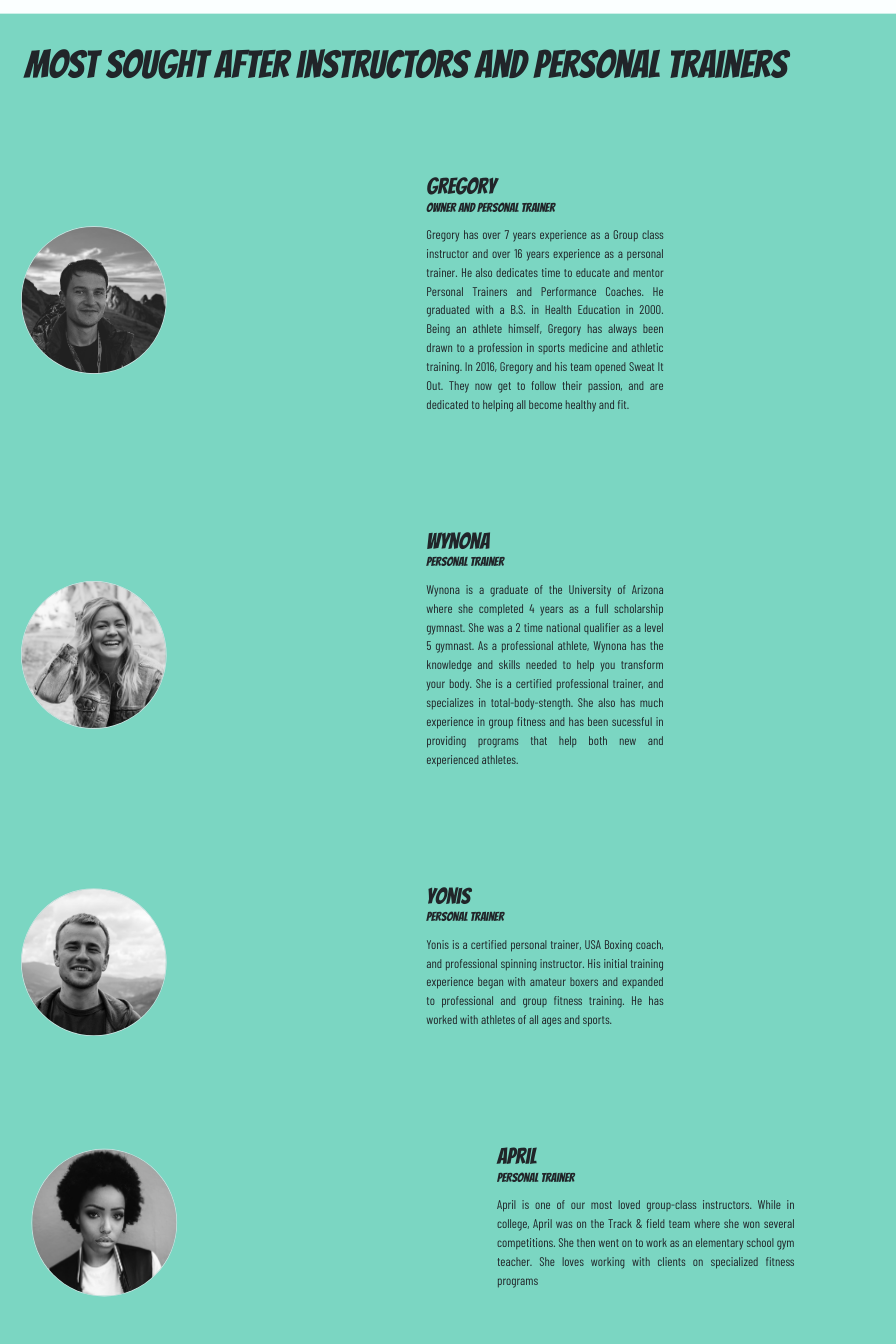
Repository: amybru/sweatitout
Page: about.html
The author's editor kept a record of every edit. The page is drawn from the files as they stood at one moment, then again after the next edit.
The browser window is 1280 px wide. The pictures show the part of the page from y = 683 to 2603 px (the page is 3484 px tall before and 3845 px after), at 70% of full size.
Some web fonts or font styles are not loaded; a fallback is used. Some web libraries are served in a nearby version.

Above is the page before.

### about.html
<!DOCTYPE html>
<html>

<head>
    <meta charset="utf-8">
    <meta name="viewport" content="width=device-width, initial-scale=1.0">
    <link rel="stylesheet" href="https://maxcdn.bootstrapcdn.com/bootstrap/4.2.1/css/bootstrap.min.css" type="text/css" />
    <link rel="stylesheet" href="https://maxcdn.bootstrapcdn.com/font-awesome/4.7.0/css/font-awesome.min.css" type="text/css" />
    <link href="https://fonts.googleapis.com/css?family=Bangers|Barlow+Condensed:200,300,400,500,700&display=swap" rel="stylesheet">
    <link rel="stylesheet" type="text/css" href="css/style.css">
    <title>Gym</title>
</head>

<body>

    <header>
        <nav class="navbar navbar-expand-lg navbar-default navbar-fixed-top">
            <a href="index.html" class="navbar-brand"><img src="./img/logo.png" width="70" height="70" class="d-inline-block align-top logo-img" alt=""></a>

            <button class="navbar-toggler ml-auto" type="button" data-toggle="collapse" data-target="#navbarNavDropdown" aria-controls="navbarNavDropdown" aria-expanded="false" aria-label="Toggle navigation">
        <span class="navbar-toggler-icon"></span></button>

            <div class="collapse navbar-collapse navbar-content" id="navbarNavDropdown">
                <ul class="navbar-nav navbar-right">
                    <li class="nav-item ml-auto list-inline-item menuitem uppercase"><a class="nav-link" href="about.html">Who We Are</a></li>
                    <li class="nav-item ml-auto list-inline-item menuitem uppercase"><a class="nav-link" href="classes.html">Classes</a></li>
                    <li class="nav-item dropdown d-none d-lg-block list-inline-item menuitem uppercase">
                        <a class="nav-link dropdown-toggle" href="#" id="navbarNavDropdownMenuLink" role="button" data-toggle="dropdown" aria-haspopup="true" aria-expanded="false">Schedules</a>
                        <div class="dropdown-menu" aria-labelledby="navbarNav DropdownMenuLink">
                            <a class="dropdown-item uppercase" href="./img/2018schedule.pdf" target="_blank">2018 Schedule</a>
                            <a class="dropdown-item uppercase" href="./img/2019schedule.pdf" target="_blank">2019 Schedule</a>
                            <a class="dropdown-item uppercase" href="./img/2019schedule.pdf" target="_blank">2020 Schedule</a>
                        </div>
                    </li>
                    <li class="active nav-item ml-auto list-inline-item menuitem uppercase"><a class="nav-link" href="contact.html">Contact Us</a></li>
            </div>

        </nav>
    </header>

    <section class="jumbotron" id="about-view">
        <div class="row">
            <div class="col-12">
                <section class="callout">
                    <h1 class="gym-name">Who We Are</h1>
                    <h3>Helping you crush your fitness goals</h3>
                </section>
            </div>
        </div>
    </section>

    <section class="about-about-page">
        <div class="col-12 about-about section-column">
            <div class="row">
                <div class="col-12">
                    <p>We aren't a big box gym, we cater to our members needs. Sweat It Out is a unique fitness center that offers quality training from a variety of experienced coaches in a high energy, supportive atmosphere.</p>
                    <p>Our mission is to help you reach your fitness goals and achieve real, life-changing results.</p>
                </div>
            </div>
        </div>
    </section>

    <section class="services-landing-page about-gallery" id="gallery">
        <div class="backdrop">
            <div class="row">
                <h2>
                    Most sought after instructors and personal trainers
                </h2>
                <div class="row">
                    <div class="col-12 col-lg-6 flex">
                        <img class="photo border" src="./img/trainerone.jpeg" alt="Gregory">
                    </div>
                    <div class="col-12 col-lg-6 flex">
                        <div class="instructor-details">
                            <h3>
                                Gregory<br>

                                <p>
                                    Owner and Personal Trainer
                                </p>
                            </h3>
                            <p>
                                Gregory has over 7 years experience as a Group class instructor and over 16 years experience as a personal trainer. He also dedicates time to educate and mentor Personal Trainers and Performance Coaches. He graduated with a B.S. in Health Education in
                                2000. Being an athlete himself, Gregory has always been drawn to a profession in sports medicine and athletic training. In 2016, Gregory and his team opened Sweat It Out. They now get to follow their passion, and are dedicated
                                to helping all become healthy and fit.</p>
                            </p>
                        </div>
                    </div>
                </div>
                <div class="row">
                    <div class="col-12 col-lg-6 flex">
                        <img class="photo border" src="./img/trainertwo.jpeg" alt="Wynona">
                    </div>
                    <div class="col-12 col-lg-6 flex">
                        <div class="instructor-details">
                            <h3>
                                Wynona<br>

                                <p>
                                    Personal Trainer
                                </p>
                            </h3>
                            <p>Wynona is a graduate of the University of Arizona where she completed 4 years as a full scholarship gymnast. She was a 2 time national qualifier as a level 5 gymnast. As a professional athlete, Wynona has the knowledge and
                                skills needed to help you transform your body. She is a certified professional trainer, and specializes in total-body-stength. She also has much experience in group fitness and has been sucessful in providing programs that
                                help both new and experienced athletes.</p>
                            </p>
                        </div>
                    </div>
                </div>
                <div class="row">
                    <div class="col-12 col-lg-6 flex">
                        <img class="photo border" src="./img/trainerthree.jpeg" alt="Yonis">
                    </div>
                    <div class="col-12 col-lg-6 flex">
                        <div class="instructor-details">
                            <h3>
                                Yonis<br>

                                <p>
                                    Personal Trainer
                                </p>
                            </h3>
                            <p>Yonis is a certified personal trainer, USA Boxing coach, and professional spinning instructor. His initial training experience began with amateur boxers and expanded to professional and group fitness training. He has worked
                                with athletes of all ages and sports.</p>
                            </p>
                        </div>
                    </div>
                </div>
            </div>
            <div class="row">
                <div class="col-12 col-lg-6 flex">
                    <img class="photo border" src="./img/trainerfour.jpeg" alt="April">
                </div>
                <div class="col-12 col-lg-6 flex">
                    <div class="instructor-details">
                        <h3>
                            April<br>

                            <p>
                                Personal Trainer
                            </p>
                        </h3>
                        <p>April is one of our most loved group-class instructors. While in college, April was on the Track & field team where she won several competitions. She then went on to work as an elementary school gym teacher. She loves working with
                            clients on specialized fitness programs</p>
                        </p>
                    </div>
                </div>
            </div>
        </div>
    </section>


    <section class="you-about-page">
        <div class="col-12 about-skills section-column">
            <div class="row">
                <div class="col">
                    <h3 class="section-heading uppercase">Our story starts with you</h3>
                </div>
            </div>
            <div>
                <h4>Strength & Conditioning</h3>
                    <p>89%</p>
                    <div class="progress">
                        <div class="progress-bar progress-bar-striped progress-bar-animated" role="progressbar" aria-valuenow="89" aria-valuemin="0" aria-valuemax="100" style="width: 89%"></div>
                    </div>
                    <h4>Group Fitness & Cardio</h3>
                        <p>95%</p>
                        <div class="progress">
                            <div class="progress-bar progress-bar-striped progress-bar-animated" role="progressbar" aria-valuenow="90" aria-valuemin="0" aria-valuemax="100" style="width: 90%"></div>
                        </div>
                        <h4>Motivational Trainers</h3>
                            <p>99%</p>
                            <div class="progress">
                                <div class="progress-bar progress-bar-striped progress-bar-animated" role="progressbar" aria-valuenow="99" aria-valuemin="0" aria-valuemax="100" style="width: 98%"></div>
                            </div>
            </div>
        </div>
    </section>


    <section class="signup-about-page">
        <div class="col-12 about-signup section-column">
            <div class="row">
                <div class="col">
                    <h3 class="section-heading uppercase">Want to improve your strength, coordination, and flexibility?</h3>
                </div>
            </div>
            <div class="row">
                <div class="col-12">
                    <p>Come try a class on us.</p>
                    <a href="contact.html" class="btn btn-lg free-button uppercase">Sign up for a free class</a>
                </div>
            </div>
        </div>
    </section>


    <footer class="footer container-fluid" id="footer">
        <div>
            <div id="footer-details">
                <h5 class="footer-name uppercase">SWEAT IT OUT</h5>
                <p class="block">123 1st Street<br> (555) 222-2323</p>
            </div>

            <div class="footer-social">
                <ul class="list-inline social-links">
                    <li class="list-inline-item">
                        <a target="_blank" href="https://www.facebook.com/">
                            <i class="fa fa-facebook" aria-hidden="true"></i>
                            <span class="sr-only"Facebook></span>
                        </a>
                    </li>
                    <li class="list-inline-item">
                        <a target="_blank" href="https://www.yelp.com/">
                            <i class="fa fa-yelp" aria-hidden="true"></i>
                            <span class="sr-only"Yelp></span>
                        </a>
                    </li>
                    <li class="list-inline-item">
                        <a target="_blank" href="https://www.google.com/">
                            <i class="fa fa-google-plus" aria-hidden="true"></i>
                            <span class="sr-only"Google+></span>
                        </a>
                    </li>
                    <li class="list-inline-item">
                        <a target="_blank" href="https://www.instagram.com/">
                            <i class="fa fa-instagram" aria-hidden="true"></i>
                            <span class="sr-only"Instagram></span>
                        </a>
                    </li>
                    <li class="list-inline-item">
                        <a target="_blank" href="https://twitter.com/?lang=en">
                            <i class="fa fa-twitter" aria-hidden="true"></i>
                            <span class="sr-only"Twitter></span>
                        </a>
                    </li>
                </ul>
            </div>
        </div>

    </footer>

</body>

<script src="https://code.jquery.com/jquery-3.3.1.slim.min.js" integrity="sha384-q8i/X+965DzO0rT7abK41JStQIAqVgRVzpbzo5smXKp4YfRvH+8abtTE1Pi6jizo" crossorigin="anonymous"></script>
<script src="https://cdnjs.cloudflare.com/ajax/libs/popper.js/1.14.7/umd/popper.min.js" integrity="sha384-UO2eT0CpHqdSJQ6hJty5KVphtPhzWj9WO1clHTMGa3JDZwrnQq4sF86dIHNDz0W1" crossorigin="anonymous"></script>
<script src="https://stackpath.bootstrapcdn.com/bootstrap/4.3.1/js/bootstrap.min.js" integrity="sha384-JjSmVgyd0p3pXB1rRibZUAYoIIy6OrQ6VrjIEaFf/nJGzIxFDsf4x0xIM+B07jRM" crossorigin="anonymous"></script>

</html>

Loaded but not shown: css/style.css (615 lines, source omitted)

After the next edit:
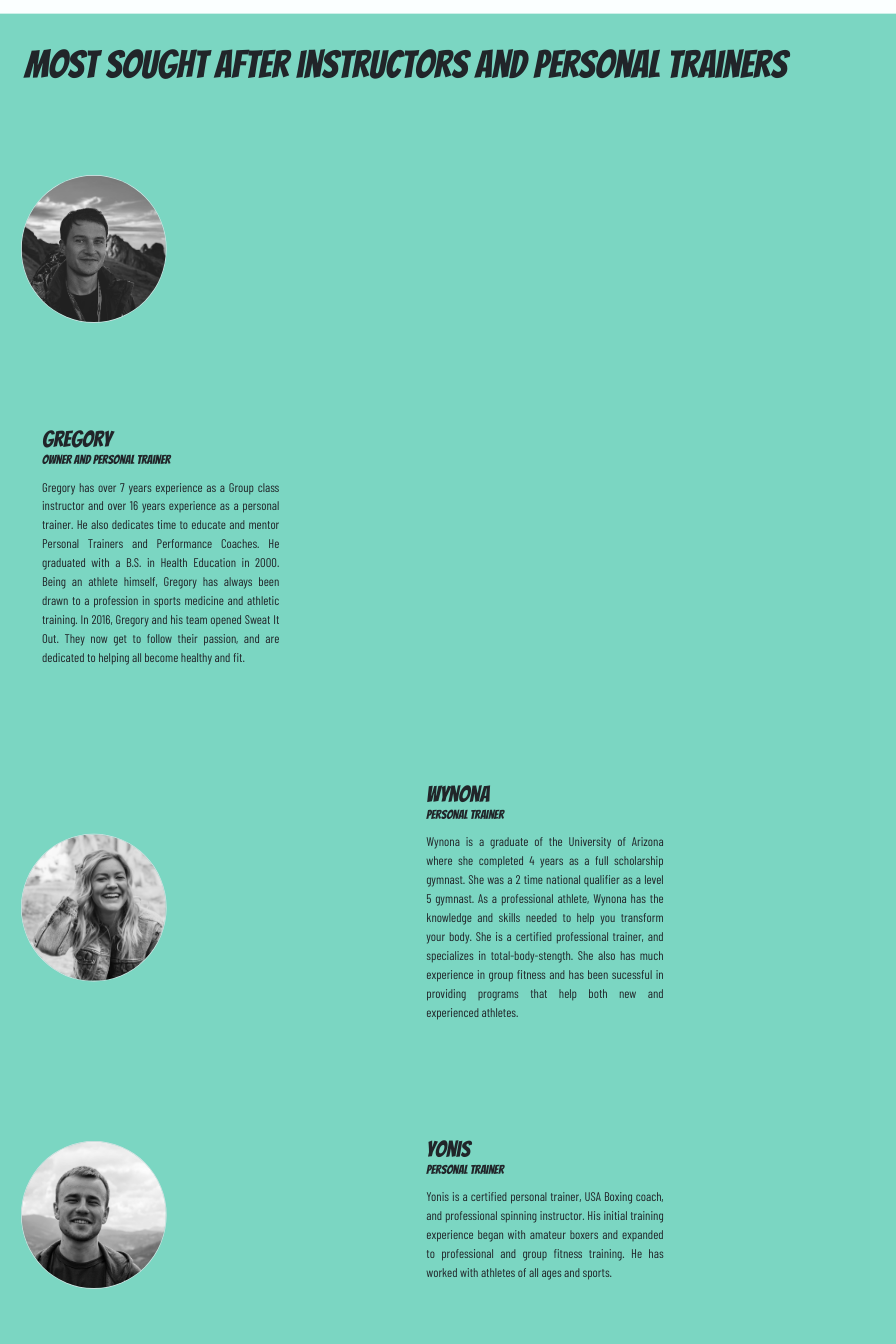
The edit:
--- a/about.html
+++ b/about.html
@@ -67,7 +67,7 @@
                     Most sought after instructors and personal trainers
                 </h2>
                 <div class="row">
-                    <div class="col-12 col-lg-6 flex">
+                    <div class="col-12 col-lg-8 flex">
                         <img class="photo border" src="./img/trainerone.jpeg" alt="Gregory">
                     </div>
                     <div class="col-12 col-lg-6 flex">
